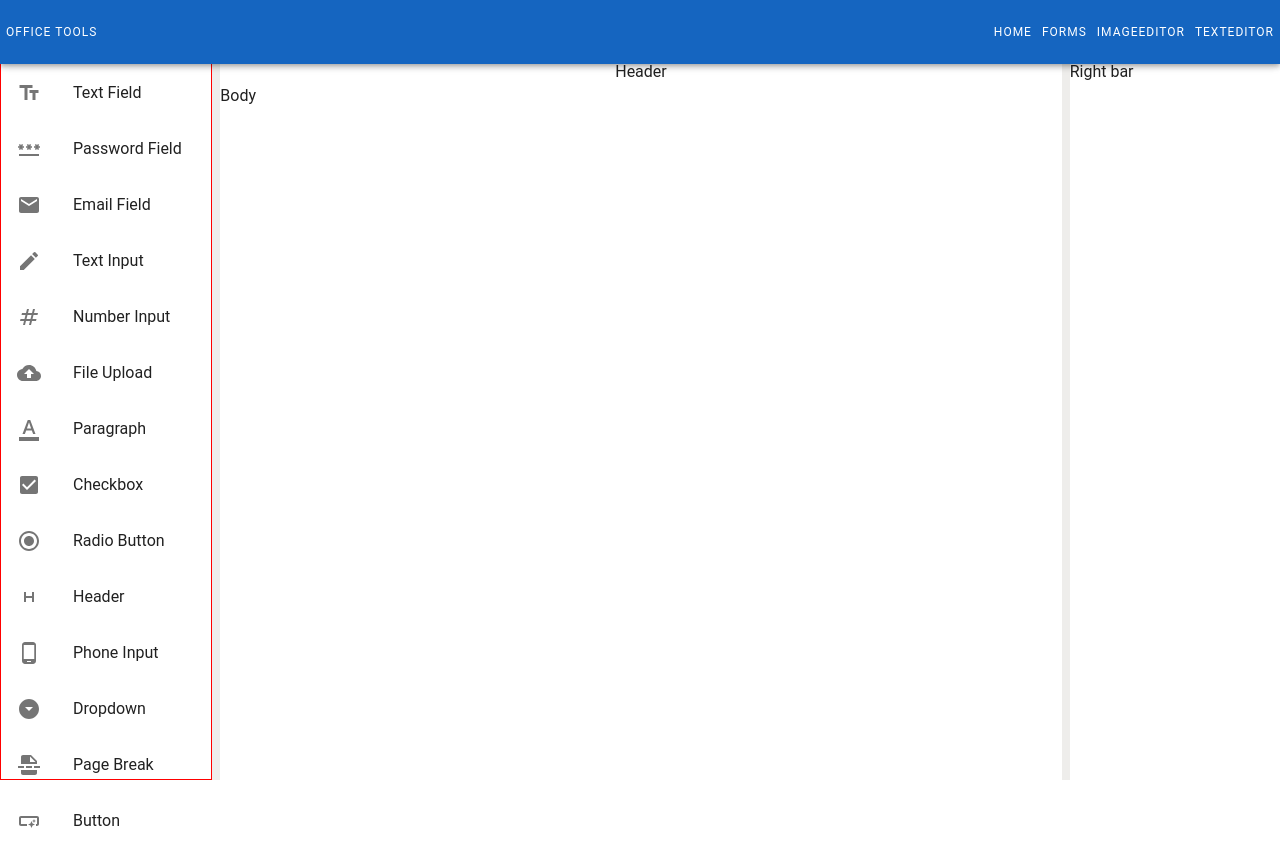
Repository: Vijay-Singh1/office-tools
Page: /form-builder/Create-Form
An editor plug-in stored every save of this project. The page is shown before and after the next save, followed by the edit.
The browser window is 1280 px wide. The pictures show the whole page.
The project was rebuilt for these pictures with package versions that can differ from the ones it lists, and the page was loaded fresh each time. Also part of the build but not shown: vite.config.ts, src/FormBuilderApp/src/pages/FormBuilderHome.tsx, src/FormBuilderApp/src/pages/OpenForms.tsx, src/App.css, src/components/common/sidebar/Sidebar.tsx, src/ImageEditor/src/pages/ImageEditorHome.tsx, src/ImageEditor/src/pages/CreateImage.tsx, src/DocsEditor/src/pages/DocsEditorHome.tsx and 1 more.

Above is the page before, as saved 2024-09-13 22:14:26.

After the next save:
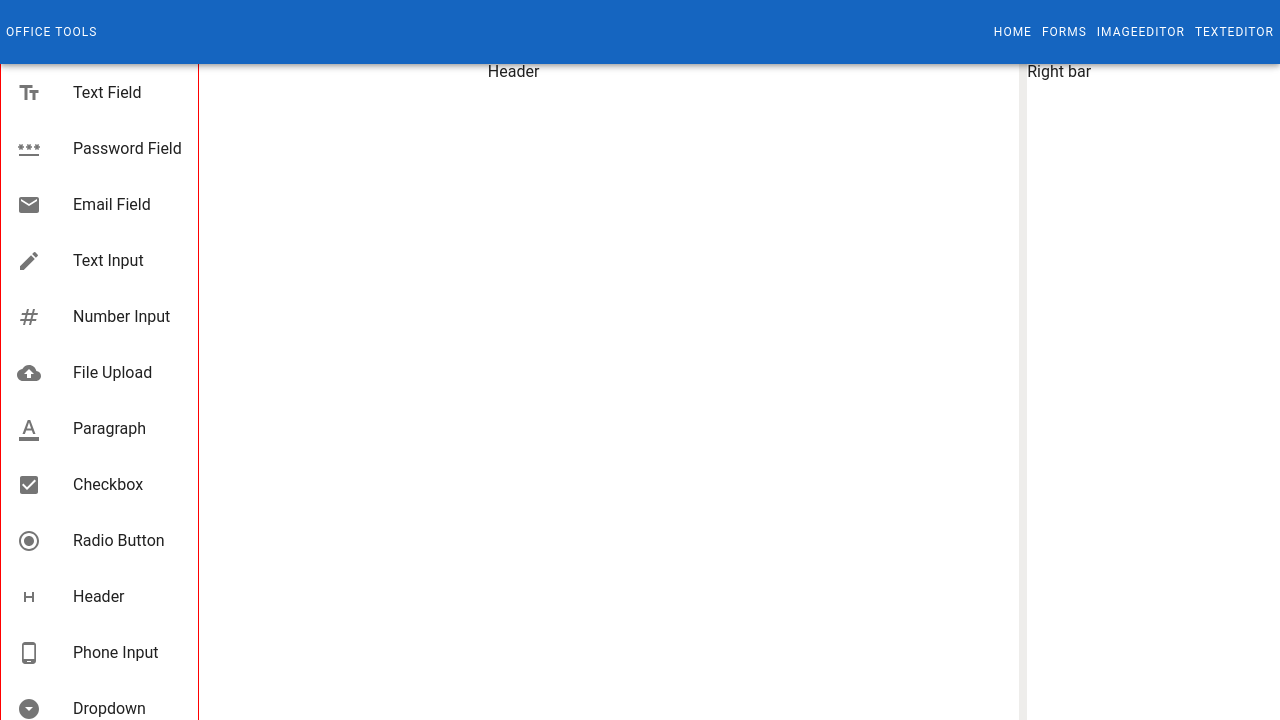
Saved 21 s later.
--- a/src/FormBuilderApp/src/components/sidebar/Sidebar.tsx
+++ b/src/FormBuilderApp/src/components/sidebar/Sidebar.tsx
@@ -101,7 +101,7 @@
 
 const FormSidebar:React.FC<SidebarItem> = () => {
   return (
-    <Box flex={1} overflowY="auto" bgcolor = "white" border={"1px solid red"} sx={{ height: '100vh' }}>
+    <Box flex={1} overflowY="auto" bgcolor = "white" border={"1px solid red"} sx={{ height: '100vh' }} position={"fixed"}>
       <List>
       {sideBarItem?.map((item, idx) =>(
         <Draggable key={idx}  icon = {item.icon}  text  = {item.text} id={idx}  />

After the save that followed:
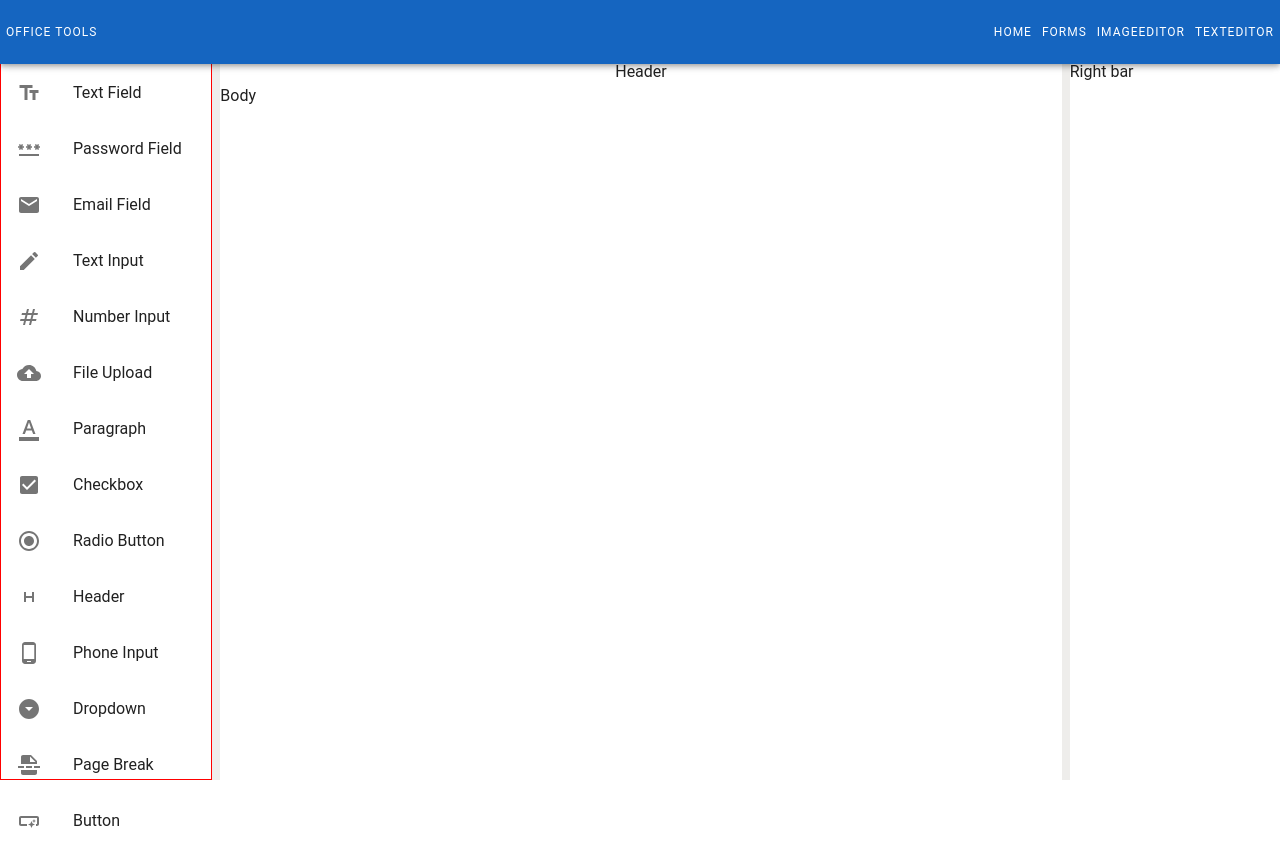
Saved 17 s later.
--- a/src/FormBuilderApp/src/components/sidebar/Sidebar.tsx
+++ b/src/FormBuilderApp/src/components/sidebar/Sidebar.tsx
@@ -101,7 +101,7 @@
 
 const FormSidebar:React.FC<SidebarItem> = () => {
   return (
-    <Box flex={1} overflowY="auto" bgcolor = "white" border={"1px solid red"} sx={{ height: '100vh' }} position={"fixed"}>
+    <Box flex={1} overflowY="auto" bgcolor = "white" border={"1px solid red"} sx={{ height: '100vh' }} position={"sticky"}>
       <List>
       {sideBarItem?.map((item, idx) =>(
         <Draggable key={idx}  icon = {item.icon}  text  = {item.text} id={idx}  />
